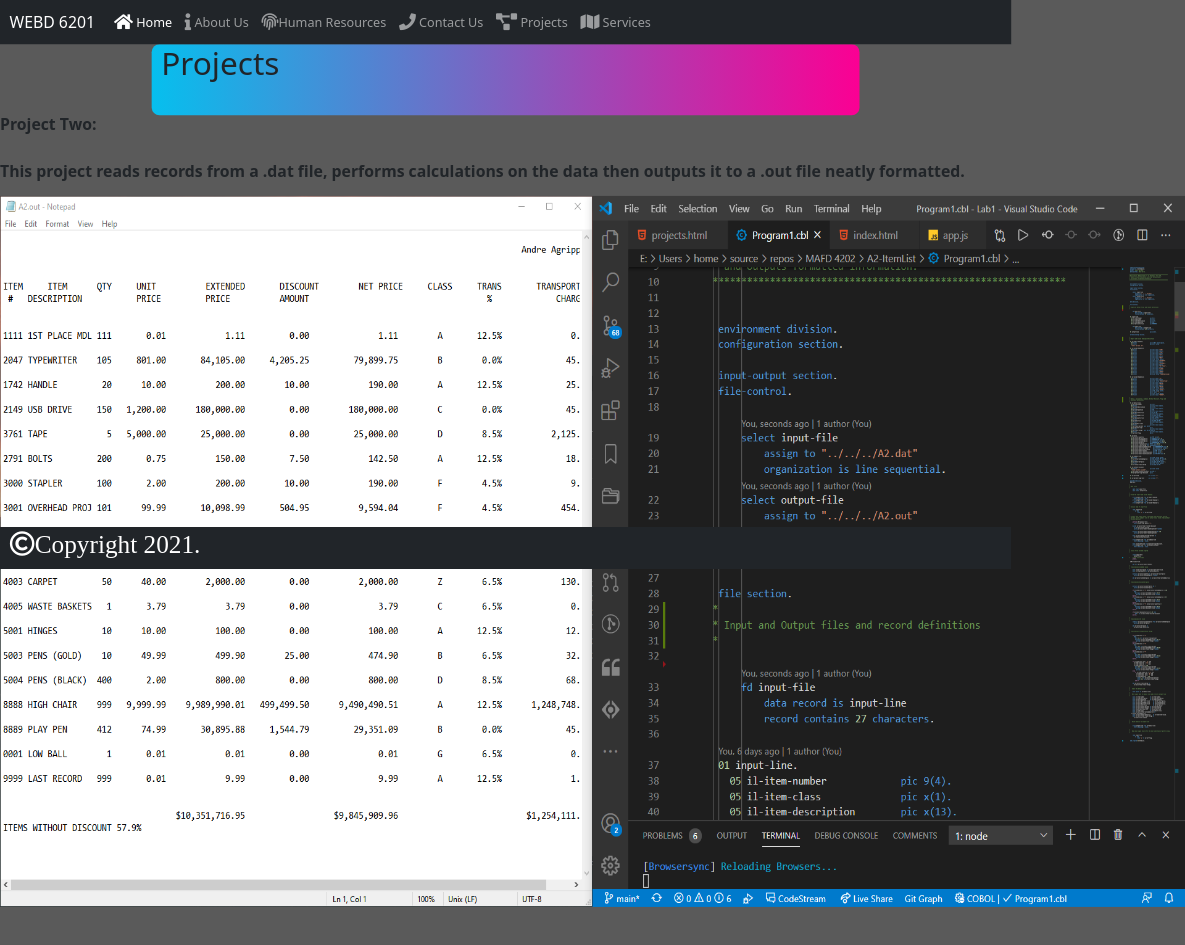
Repository: vans12345678/WEBD6201-W2021-Week3
Page: projects.html
The author's editor kept a copy of each file at every save. The page is drawn from the files as they stood at one save, then again after the next save.
The browser window is 1280 px wide. The page is 1500 px wide, so the pictures cover 1500 px, including what lies to the right of the window. The pictures show the whole page, at 79% of full size.

Above is the page before, as saved 2021-01-29 17:12:28.

After the next save:
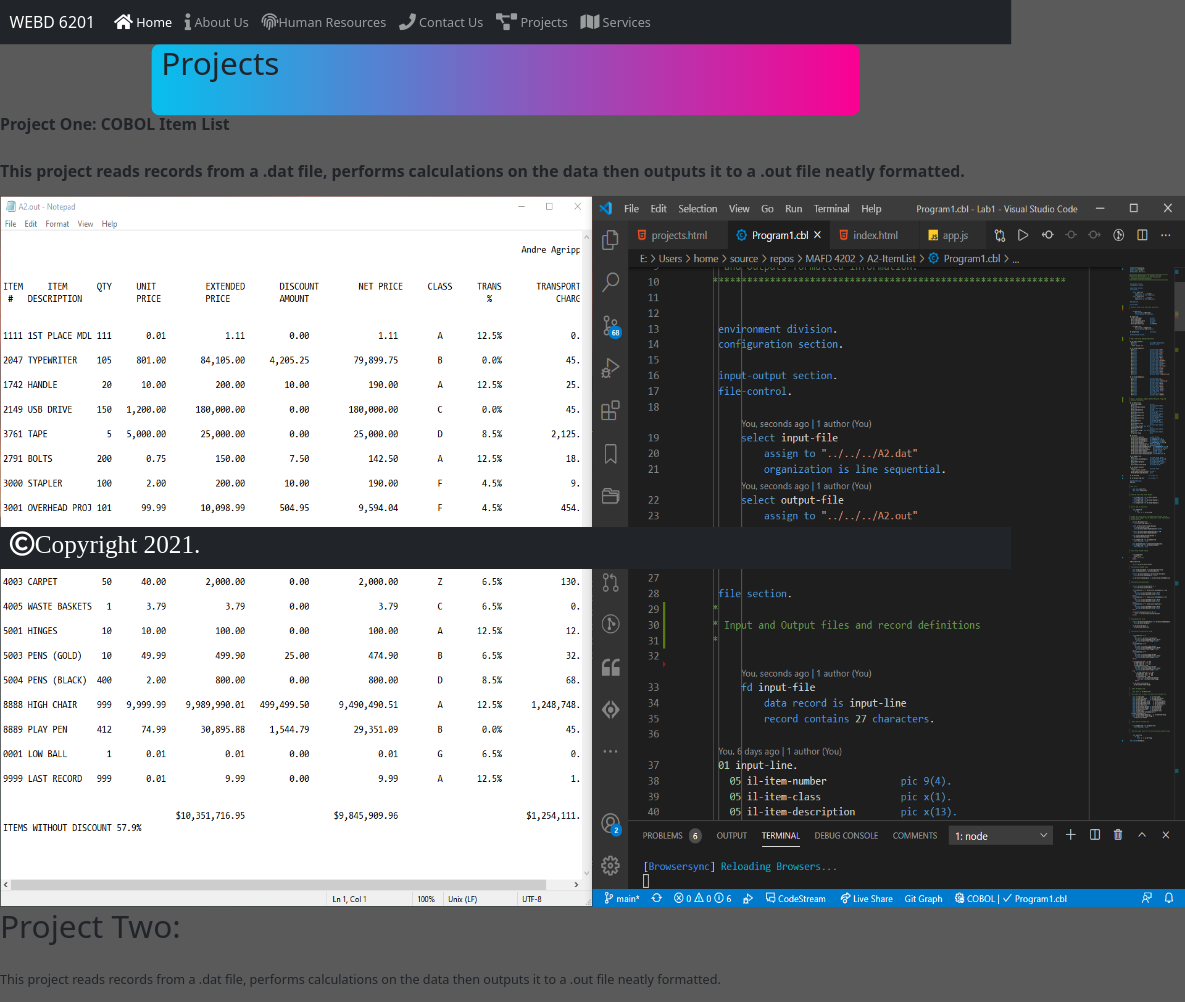
Saved 16 s later.
--- a/Scripts/app.js
+++ b/Scripts/app.js
@@ -43,8 +43,8 @@
         p1TextElement.textContent = p1Text;
         p1DescriptionElement.textContent = p1Description;
 
-        let p2TextElement = document.getElementById("p1");
-        let p2DescriptionElement = document.getElementById("p1Description");
+        let p2TextElement = document.getElementById("p2");
+        let p2DescriptionElement = document.getElementById("p2Description");
         p2TextElement.textContent = p2Text;
         p2DescriptionElement.textContent = p2Description
 
